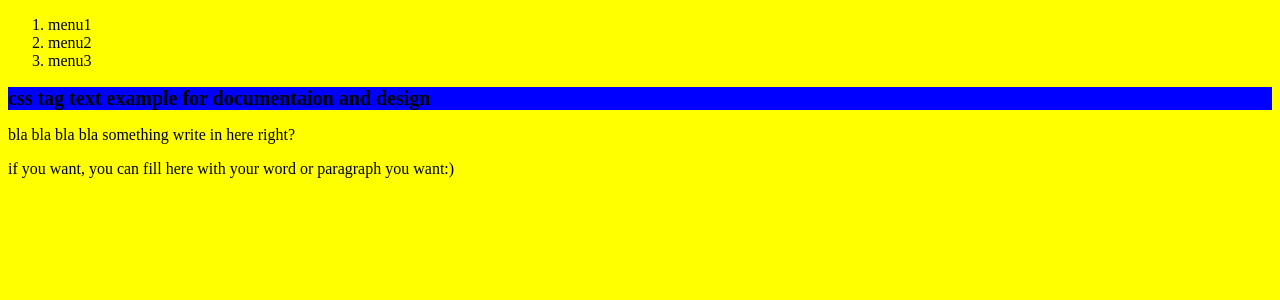
Repository: LucestDail/WebEclipse-Workspace
Page: htmlProject/WebContent/cssEx1.html
An editor plug-in stored every save of this project. The page is shown before and after the next save, followed by the edit.
The browser window is 1280 px wide. The pictures show the whole page.

Above is the page before, as saved 2020-11-06 03:10:26.

### htmlProject/WebContent/cssEx1.html
<!DOCTYPE html>
<html>
<head>
<meta charset="UTF-8">
<title>css selector example</title>
<style type = "text/css">
*{
	background-color :yellow;
}
li{
	list-style-type: decimal;
}
h2{
	font-size: 20px;
	color: FFFFFF;
	background-color: blue;
}
</style>
</head>
<body>
<ul>
	<li>menu1</li>
	<li>menu2</li>
	<li>menu3</li>
</ul>
<h2> css tag text example for documentaion and design</h2>
<p> bla bla bla bla something write in here right?</p>
<p> if you want, you can fill here with your word or paragraph you want:)</p>
</body>
</html>

After the next save:
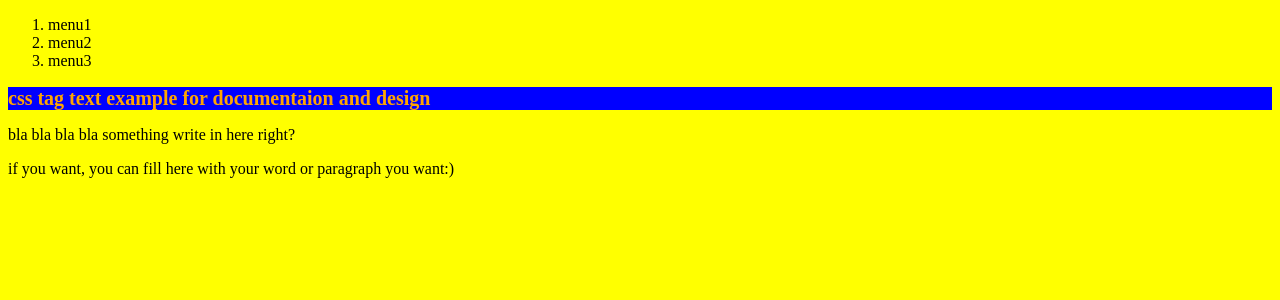
Saved 27 s later.
--- a/htmlProject/WebContent/cssEx1.html
+++ b/htmlProject/WebContent/cssEx1.html
@@ -12,7 +12,7 @@ li{
 }
 h2{
 	font-size: 20px;
-	color: FFFFFF;
+	color:orange;
 	background-color: blue;
 }
 </style>
